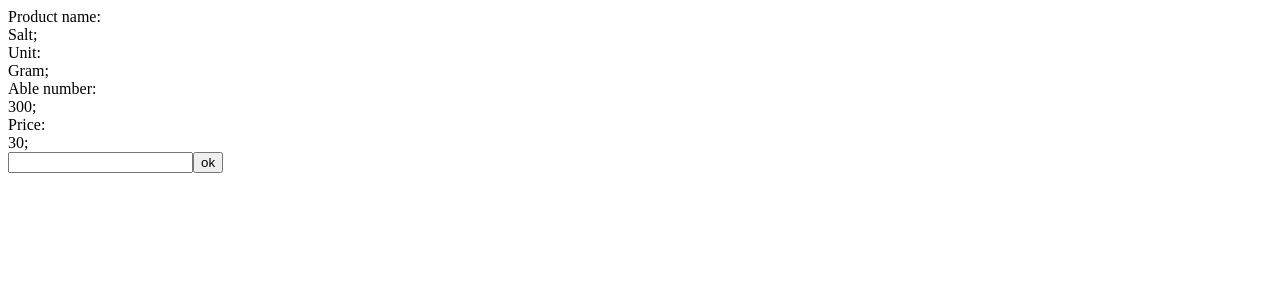
Repository: OlexandraKovach2/Vue
Page: / (app in vuexam/brila-exam/)
These files come from the project's save history. The page is drawn as it stood at one moment and after the next save; the edit follows.
The browser window is 1280 px wide. The pictures show the whole page.
The project was rebuilt for these pictures with package versions that can differ from the ones it lists, and the page was loaded fresh each time. Also part of the build but not shown: vuexam/brila-exam/vue.config.js.

Above is the page before, as saved 2022-11-08 21:39:41.

After the next save:
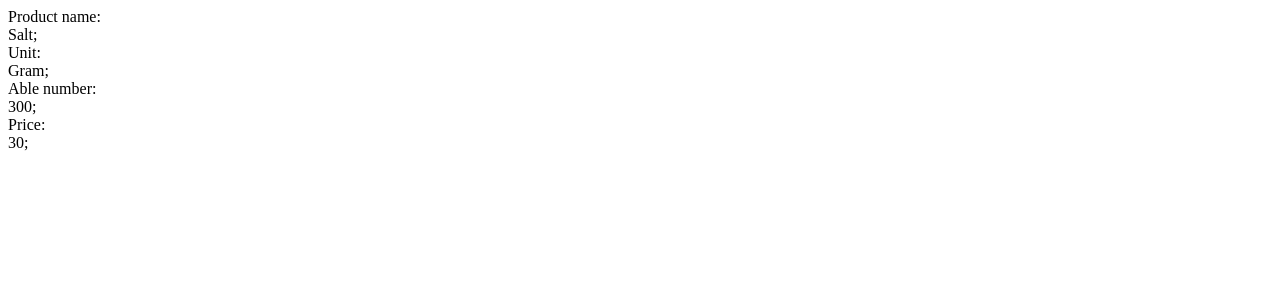
Saved 18 s later.
--- a/vuexam/brila-exam/src/App.vue
+++ b/vuexam/brila-exam/src/App.vue
@@ -1,8 +1,6 @@
 <template>
   <div>
     <ObjectTable :listData="list"/>
-    <input type="test" v-model="ok"/>
-    <button @click="changeName(ok)">ok</button>
   </div>
 </template>
 
@@ -17,11 +15,6 @@
     computed: {
       ...mapGetters(['list']),
     },
-    methods: {
-      ...mapActions(['changeName']),
-
-    }
-
   }
 </script>
 

After the save that followed:
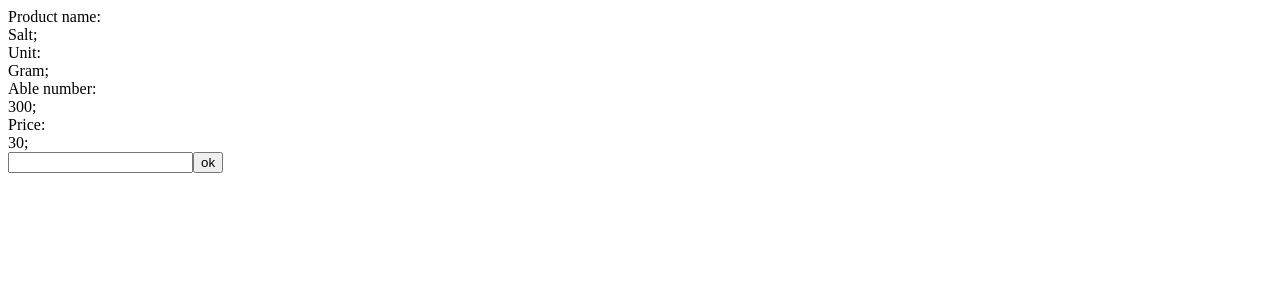
Saved 11 s later.
--- a/vuexam/brila-exam/src/App.vue
+++ b/vuexam/brila-exam/src/App.vue
@@ -1,6 +1,8 @@
 <template>
   <div>
     <ObjectTable :listData="list"/>
+    <input type="test" v-model="ok"/>
+    <button @click="changeName(ok)">ok</button>
   </div>
 </template>
 
